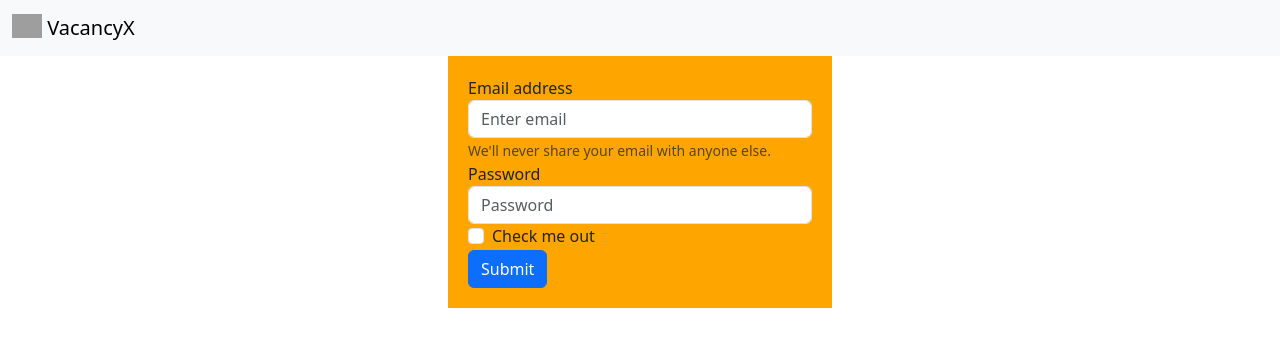
Repository: zipArk99/Vacancy-portal-serv
Page: http://localhost/VacancyPortal/
An editor plug-in stored every save of this project. The page is shown before and after the next save, followed by the edit.
The browser window is 1280 px wide. The pictures show the whole page.
Pictures or frames that could not be fetched are drawn as grey boxes. The page is served by Tomcat 9.

Above is the page before, as saved 2024-08-14 10:12:41.

After the next save:
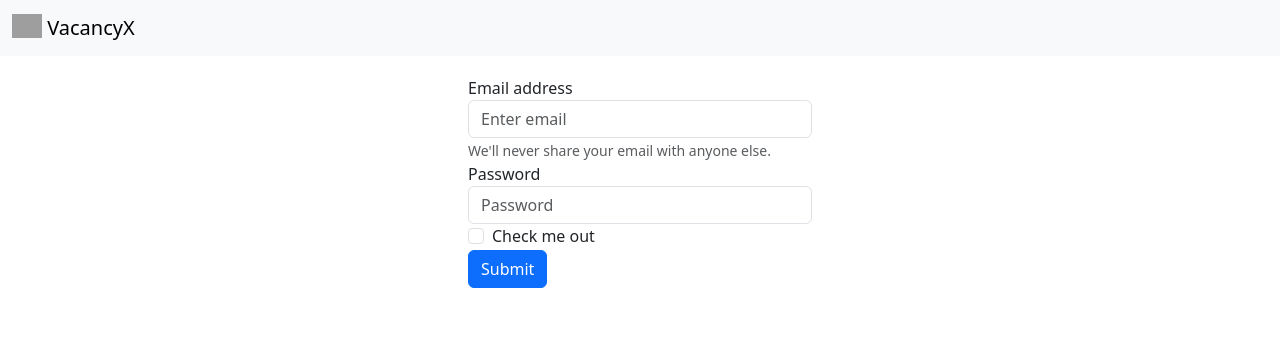
Saved 13 s later.
--- a/VacancyPortal/src/main/webapp/index.jsp
+++ b/VacancyPortal/src/main/webapp/index.jsp
@@ -13,7 +13,7 @@
 <body>
 <%@ include file="header.jsp" %>
 
-<div style="width:30%; margin: auto; background-color:orange; padding:20px;">
+<div style="width:30%; margin: auto; background-color:lightorange; padding:20px;">
 <form action="#" method="POST">
 
   <div class="form-group">
